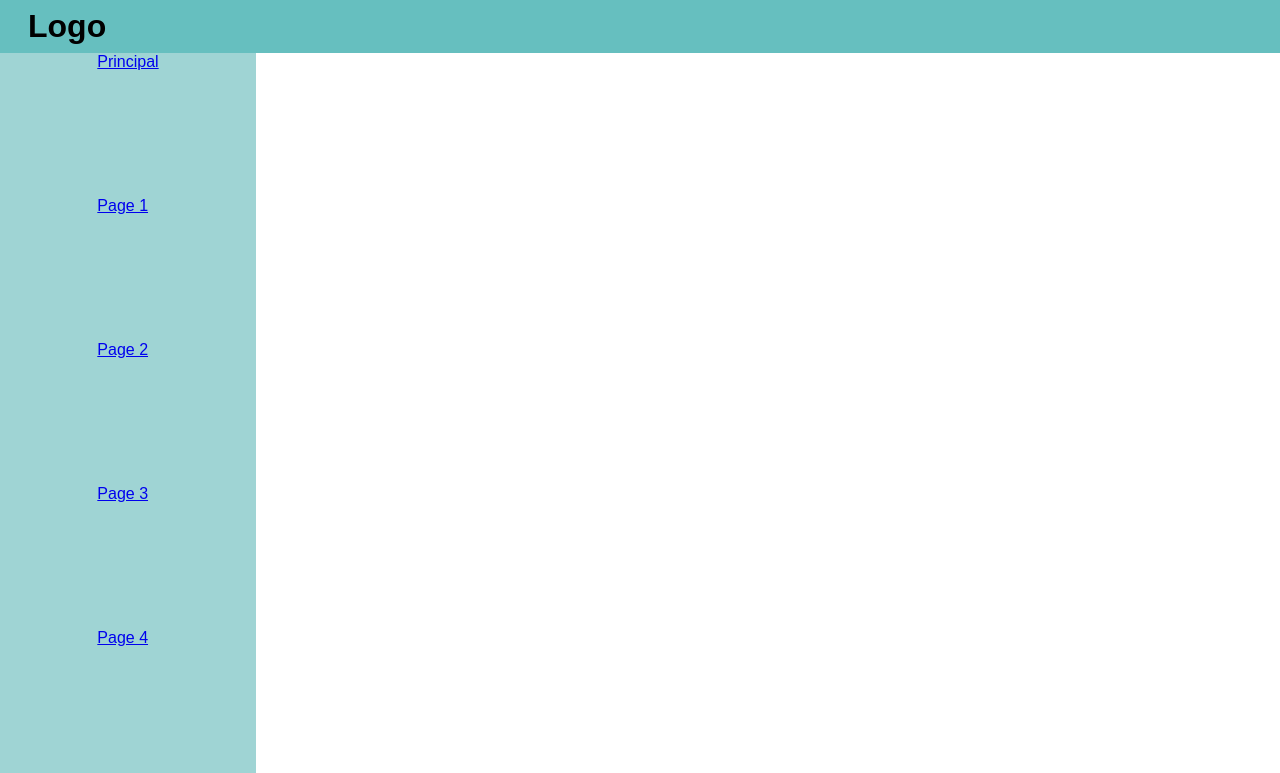
Repository: mateus-henrique-silva/Dashboard-pixel-facebook-react
Page: / (app in dashboard-pixel/)
These files come from the project's save history. The page is drawn as it stood at one moment and after the next save; the edit follows.
The browser window is 1280 px wide. The pictures show the whole page.
The project was rebuilt for these pictures with package versions that can differ from the ones it lists, and the page was loaded fresh each time.

Above is the page before, as saved 2022-07-07 17:39:13.

### dashboard-pixel/src/index.js
import React from "react";
import ReactDOM from "react-dom/client";

import App from "./App";
import reportWebVitals from "./reportWebVitals";

const root = ReactDOM.createRoot(document.getElementById("root"));
root.render(
  <React.StrictMode>
    <App />
  </React.StrictMode>
);

reportWebVitals();

### dashboard-pixel/src/App.jsx
import React from "react";
import Main from "./Components/MainPage/Main";



function App() {
  return (
    <div >
        <Main/>


    </div>
  );
}

export default App;

### dashboard-pixel/src/Components/MainPage/Main.jsx
import React from 'react'
import './Main.css'
import Header from '../Header/Header'
import SideBar from "../SideBar/SideBar"

const Main = () => {
  return (
    <div className="Main">
        <Header/>
        <SideBar/>
    </div>
  )
}

export default Main

### dashboard-pixel/src/Components/MainPage/Main.css
* {
  border: 0;
  margin: 0;
  font-family: sans-serif;
}

.Main {
  width: 100%;
  height: 100vh;
}
.startHeader{
    width: 100%;
    display: flex;
    justify-content: center;
}

### dashboard-pixel/src/Components/Header/Header.jsx
import React from 'react'
import "./Header.css"

const Header = () => {
  return (
    <div className="startHeader">

        <div className="Header">
            <h1>Logo</h1>
        </div>

    </div>
  )
}

export default Header

### dashboard-pixel/src/Components/SideBar/SideBar.jsx
import React from "react";
import "./SideBar.css";

const SideBar = () => {
  return (
    <div>
      <div className="div-sidebar">
        <div className="Menu-tag">
          <div><a href="#">Principal</a></div>

          <div><a href="#">Page 1</a></div>
          <div><a href="#">Page 2</a></div>
          <div><a href="#">Page 3</a></div>
          <div><a href="#">Page 4</a></div>
        </div>
      </div>
    </div>
  );
};

export default SideBar;

### dashboard-pixel/src/Components/Header/Header.css
.Header{
    width: 99vw;
    padding: 0.5em 0.5em ;
    background-color:#66BFBF;
    display:flex;
    align-items:center;



}

.Header h1{
    margin-left: 20px;
}

### dashboard-pixel/src/Components/SideBar/SideBar.css
.div-sidebar{
    height:100vh;
    width:20vw;
    background-color:#9fd4d4;
    display:grid;



}

.Menu-tag{
    height:100%;
    display: grid;
    justify-content:space-evenly;



}

.Menu-tag div{
    margin: 0;
}

Loaded but not shown: dashboard-pixel/public/index.html (common file); dashboard-pixel/src/reportWebVitals.js (common file)

After the next save:
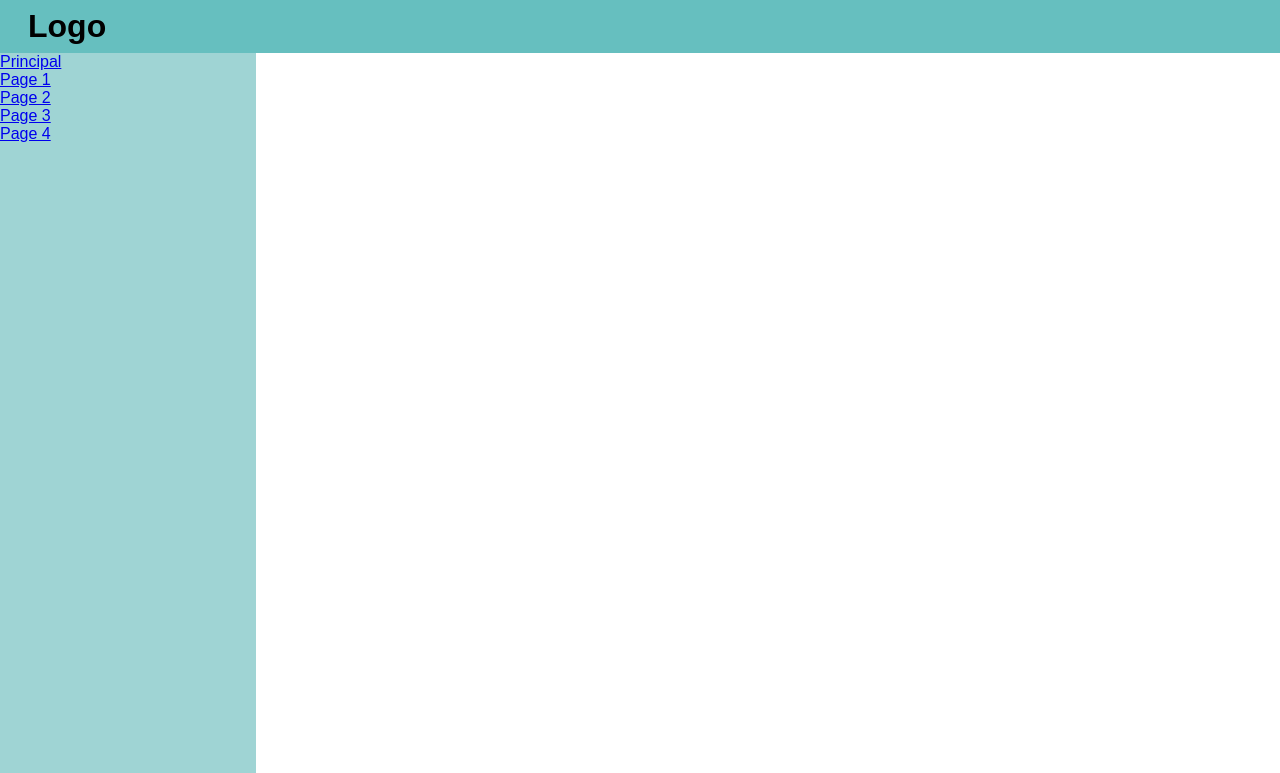
Saved 4 s later.
--- a/dashboard-pixel/src/Components/SideBar/SideBar.css
+++ b/dashboard-pixel/src/Components/SideBar/SideBar.css
@@ -10,7 +10,7 @@
 
 .Menu-tag{
     height:100%;
-    display: grid;
+    display: block;
     justify-content:space-evenly;
 
 

After the save that followed:
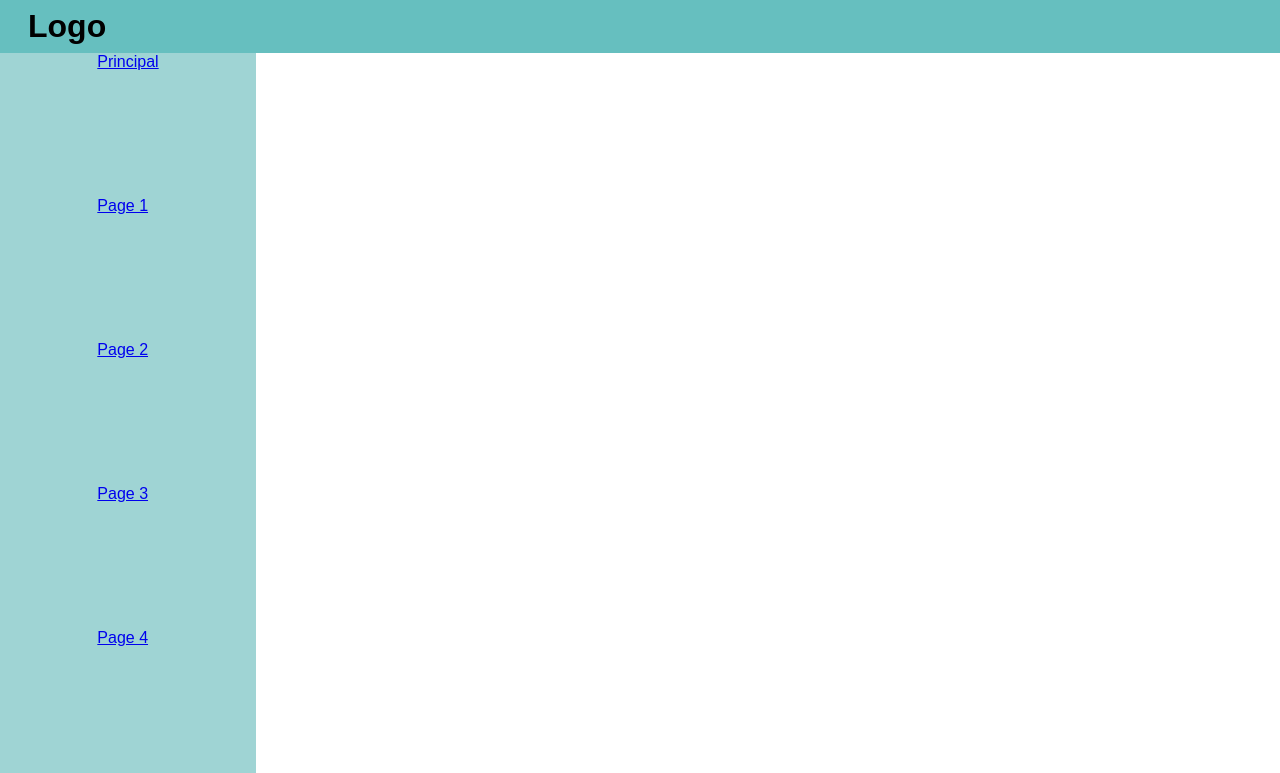
Saved 4 s later.
--- a/dashboard-pixel/src/Components/SideBar/SideBar.css
+++ b/dashboard-pixel/src/Components/SideBar/SideBar.css
@@ -10,7 +10,7 @@
 
 .Menu-tag{
     height:100%;
-    display: block;
+    display: grid;
     justify-content:space-evenly;
 
 
